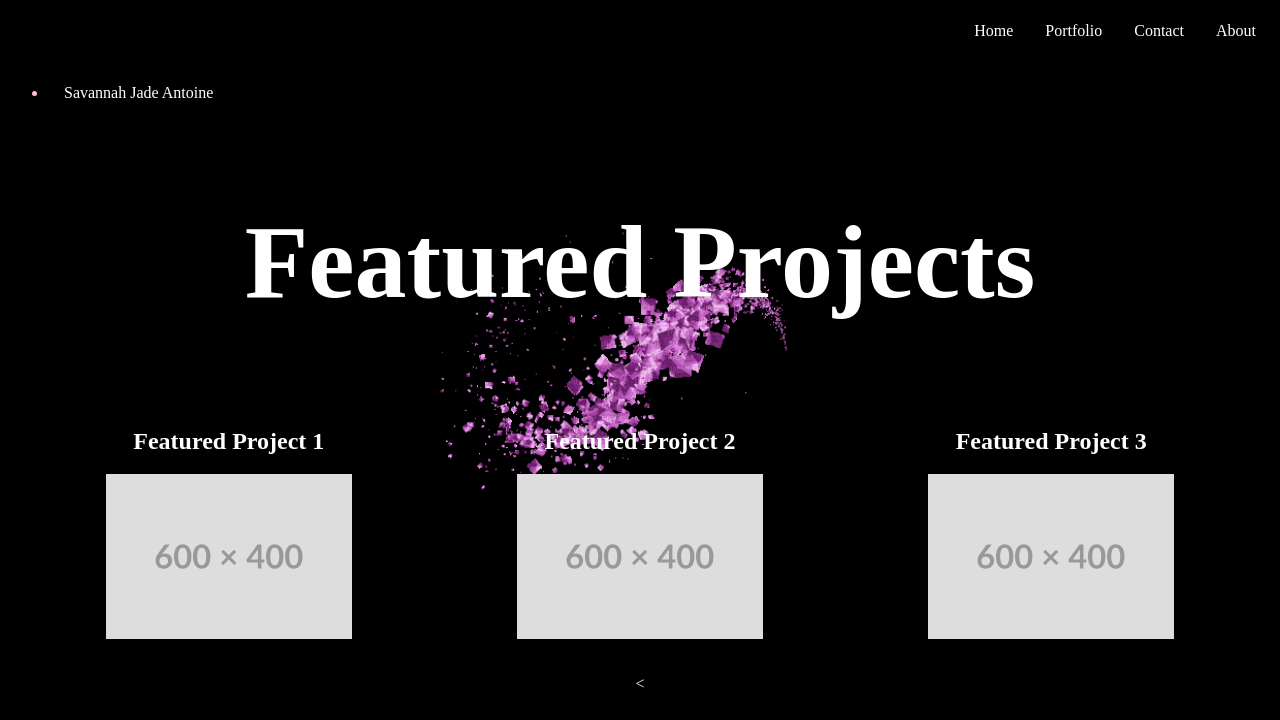
Repository: Savannah-Antoine/Savannah-Antoine
Page: portfolioPage.html
These files come from the project's save history. The page is drawn as it stood at one moment and after the next save; the edit follows.
The browser window is 1280 px wide. The pictures show the whole page.

Above is the page before, as saved 2026-05-05 15:31:53.

### portfolioPage.html
<!DOCTYPE html>
<html lang="en">
<head>
    <meta charset="UTF-8">
    <meta name="viewport" content="width=device-width, initial-scale=1.0">
    <link rel = "stylesheet" href = "./styles/index.css" />
    <link rel = "stylesheet" href = "./styles/globals.css" />
    <title>Document</title>
</head>
<body>
<header>
    <nav>
        <ul class = "navigation">
  <li><a href="index.html">Home</a></li>
  <li><a href="portfolioPage.html">Portfolio</a></li>
  <li><a href="contact.asp">Contact</a></li>
  <li><a href="about.asp">About</a></li>
</ul>
        <ul class = "homeButton">
           <li><a   href = "index.html">Savannah Jade Antoine</a></li>
        </ul>
        <h1> Featured Projects</h1>
</nav>

</header>
<main class = "container">

<section >
<h2>Featured Project 1</h2>
<img src = "./assets/images/placeholder1.svg" alt = "First Portfolio placeholder image" />

</section>

<section>
<h2>Featured Project 2</h2>
<img src = "./assets/images/placeholder1.svg" alt = "Second Portfolio placeholder image" />
</section>
<section>
<h2>Featured Project 3</h2>
<img src = "./assets/images/placeholder1.svg" alt = "Third Portfolio placeholder image" />
</section>

<section>
<
</main>

</body>
</html>

### styles/index.css
.container{
   display:flex;
   flex-direction:column;
    justify-content: center;
    gap:2rem;


}
body h1{
    font-size: 3rem;

}

img{
    width: 65%;
    height:auto;
}

@media screen and (min-width: 768px)
{
    body h1{
    font-size: 6.5rem;
}
    section{

    width: 30%;
}

    .container{
          display:flex;
          flex-direction: row;
          flex-wrap: wrap;
          justify-content: center;

    }
}

@media screen and (min-width: 1000px)
{

}

### styles/globals.css
body {
    background-color: black;
  background-image: url(/assets/images/background-pic.gif);
  background-repeat: no-repeat;
  background-size: cover;
  color: white;
  font-size: 16px;
  text-align: center;
}



.homeButton{
    text-align:left;
    color:pink;
}

.navigation {
  list-style-type: none;
  margin: 0;
  padding: 0;
  display: flex;
  justify-content: right;
}
li a {
  display: block;
  color: white;
  padding: 14px 16px;
  text-decoration: none;
}

ul li a:hover {
  background-color: #be6c6c;
}

After the next save:
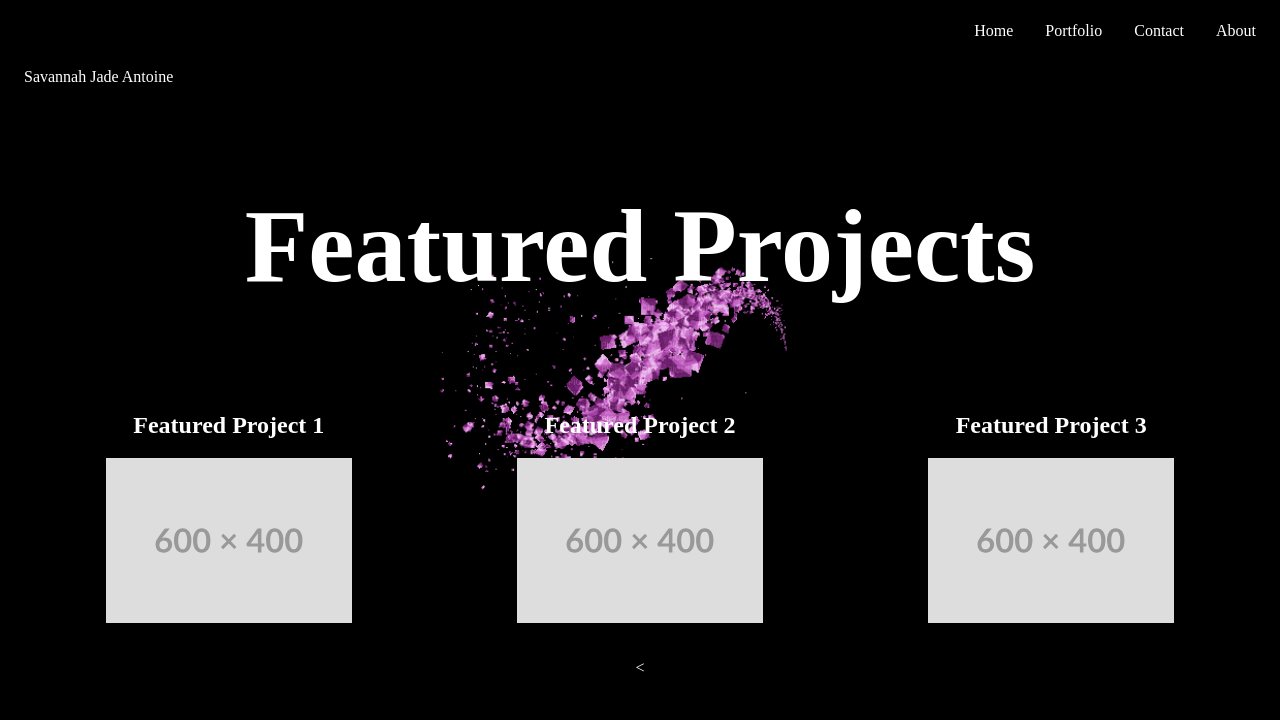
Saved 2 min 9 s later.
--- a/styles/globals.css
+++ b/styles/globals.css
@@ -11,9 +11,14 @@ body {
 
 
 .homeButton{
-    text-align:left;
-    color:pink;
+list-style-type: none;
+  margin: 0;
+  padding: 0;
+  display: flex;
+  justify-content: left;
+
 }
+
 
 .navigation {
   list-style-type: none;
